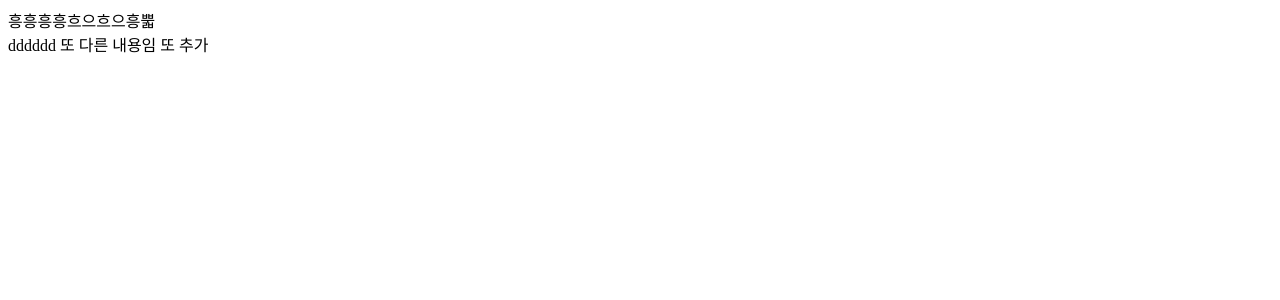
Repository: sika5382/jsp
Page: html/WebContent/NewFile.html
These files come from the project's save history. The page is drawn as it stood at one moment and after the next save; the edit follows.
The browser window is 1280 px wide. The pictures show the whole page.

Above is the page before, as saved 2020-10-29 05:06:27.

### html/WebContent/NewFile.html
<!DOCTYPE html>
<html>
<head>
<meta charset="UTF-8">
<title>Insert title here</title>
</head>
<body>
	흥흥흥흥흐으흐으흥뿗 <br>
	dddddd 			 <!-- html 주석 -->
	또 다른 내용임
	또 추가
</body>
</html>

After the next save:
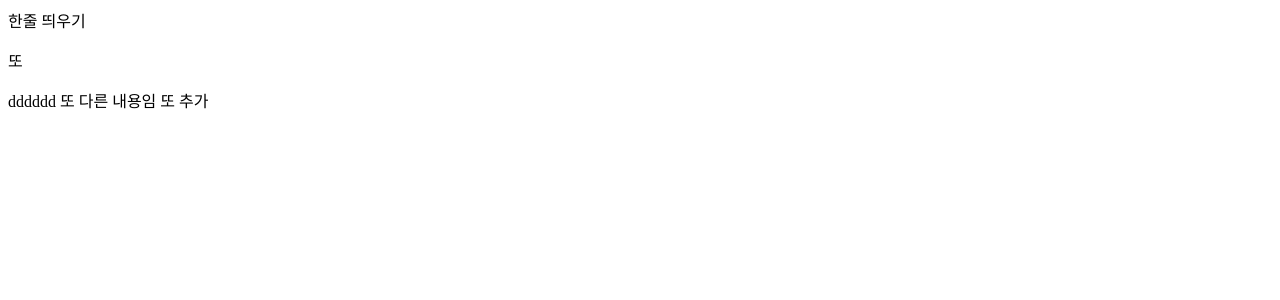
Saved 52 s later.
--- a/html/WebContent/NewFile.html
+++ b/html/WebContent/NewFile.html
@@ -5,8 +5,10 @@
 <title>Insert title here</title>
 </head>
 <body>
-	흥흥흥흥흐으흐으흥뿗 <br>
-	dddddd 			 <!-- html 주석 -->
+	한줄 띄우기 <br>
+	<p>또 </p>
+	dddddd
+			 <!-- html 주석 -->
 	또 다른 내용임
 	또 추가
 </body>
